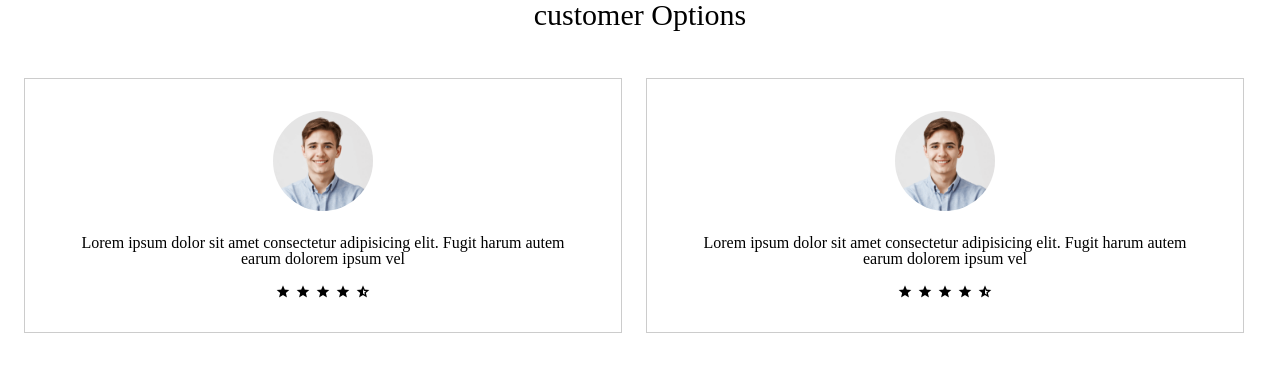
Repository: dinhhaidh/slider-3
Page: index.html
These files come from the project's save history. The page is drawn as it stood at one moment and after the next save; the edit follows.
The browser window is 1280 px wide. The pictures show the whole page.

Above is the page before, as saved 2024-03-22 20:49:35.

### index.html
<!DOCTYPE html>
<html lang="en">
<head>
    <meta charset="UTF-8">
    <meta name="viewport" content="width=device-width, initial-scale=1.0">
    <title>Document</title>
    <link rel="stylesheet" href="https://cdnjs.cloudflare.com/ajax/libs/remixicon/4.2.0/remixicon.min.css">

    <link rel="stylesheet" href="./css/swiper-bundle.min.css">

    <link rel="stylesheet" href="./css/style.css">

</head>
<body>
    <div class="customer">
        <h3 class="customer__title">customer Options</h3>
        <div class="customer__container container">
            <div class="customer__swiper swiper">
                <div class="swiper-wrapper">
                    <article class="customer__article swiper-slide">
                        <img src="./img1.png" alt="image" class="customer__img">

                        <p>
                            Lorem ipsum dolor sit amet consectetur adipisicing elit. Fugit harum autem earum dolorem ipsum vel
                        </p>

                        <div class="customer__star">
                            <i class="ri-star-s-fill"></i>
                            <i class="ri-star-s-fill"></i>
                            <i class="ri-star-s-fill"></i>
                            <i class="ri-star-s-fill"></i>
                            <i class="ri-star-half-s-line"></i>
                        </div>
                    </article>
                    <article class="customer__article swiper-slide">
                        <img src="./img1.png" alt="image" class="customer__img">

                        <p>
                            Lorem ipsum dolor sit amet consectetur adipisicing elit. Fugit harum autem earum dolorem ipsum vel
                        </p>

                        <div class="customer__star">
                            <i class="ri-star-s-fill"></i>
                            <i class="ri-star-s-fill"></i>
                            <i class="ri-star-s-fill"></i>
                            <i class="ri-star-s-fill"></i>
                            <i class="ri-star-half-s-line"></i>
                        </div>
                    </article>
                    <article class="customer__article swiper-slide">
                        <img src="./img1.png" alt="image" class="customer__img">

                        <p>
                            Lorem ipsum dolor sit amet consectetur adipisicing elit. Fugit harum autem earum dolorem ipsum vel
                        </p>

                        <div class="customer__star">
                            <i class="ri-star-s-fill"></i>
                            <i class="ri-star-s-fill"></i>
                            <i class="ri-star-s-fill"></i>
                            <i class="ri-star-s-fill"></i>
                            <i class="ri-star-half-s-line"></i>
                        </div>
                    </article>
                </div>
            </div>
        </div>
    </div>


    <script src="./js/swiper-bundle.min.js"></script>
    <script src="./js/app.js"></script>
</body>
</html>

### css/style.css
*,
*:before,
*:after {
  box-sizing: border-box;
}
* {
  margin: 0;
  padding: 0;
  font: inherit;
}
img,
picture,
svg,
video {
  display: block;
  max-width: 100%;
}
input,
select,
textarea {
  background-color: transparent;
  outline: none;
}
button {
  cursor: pointer;
  background-color: transparent;
  outline: none;
  border: 0;
}
body {
  min-height: 100vh;
  font-weight: 400;
  font-size: 16px;
  line-height: 1;
}


.container{
    max-width: 1220px;
    Margin-inline: 1.5rem;
}


.customer__title{
    text-align: center;
    margin-bottom: 3rem;
    font-size: 30px;
}

.customer__article{
    display:flex;
    align-items: center;
    justify-content: center;
    flex-direction: column;
    padding: 2rem 3rem 2rem;
    background-color: #fff;
    border: 1px solid #ccc;
}
.customer__img{
    width: 100px;
    border-radius: 50%;
    margin: 0 auto 1.5rem;
}
.customer__article p {
    margin-bottom: 1rem;
    text-align: center;
}
.customer__star{

}
.ri-star-s-fill{

}
.ri-star-half-s-line{

}

### js/app.js
let swiperCustomer = new Swiper('.customer__swiper', {
    loop: true,
    grabCursor: true,
    slidesPerView: 2,
    spaceBetween: 24,

    breakpoints:{
        440:{
            slidesPerView: 'auto'
        },

        768:{
            slidesPerView: '2'
        },



    }
});

// ===============  SWIPER MOVIE ================//

Loaded but not shown: css/swiper-bundle.min.css (library); js/swiper-bundle.min.js (library)

After the next save:
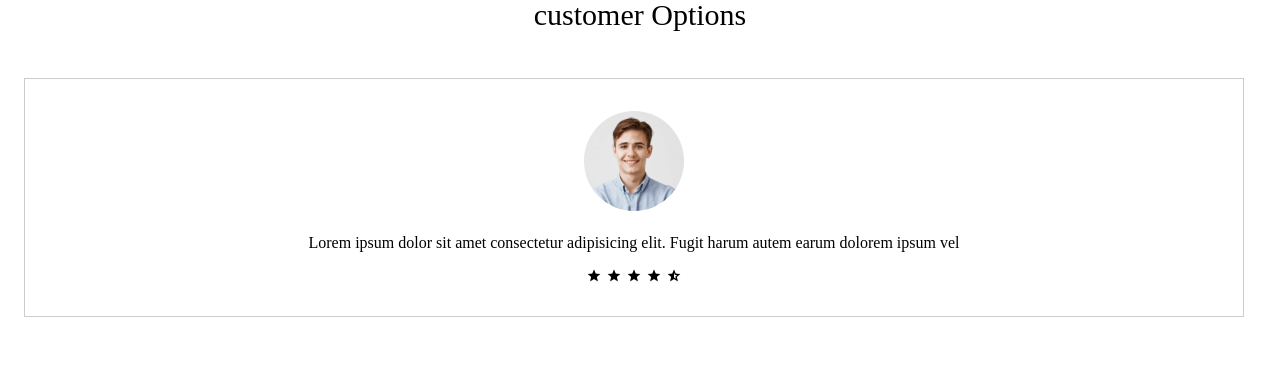
Saved 8 s later.
--- a/js/app.js
+++ b/js/app.js
@@ -8,13 +8,6 @@
         440:{
             slidesPerView: 'auto'
         },
-
-        768:{
-            slidesPerView: '2'
-        },
-
-
-
     }
 });
 

After the save that followed:
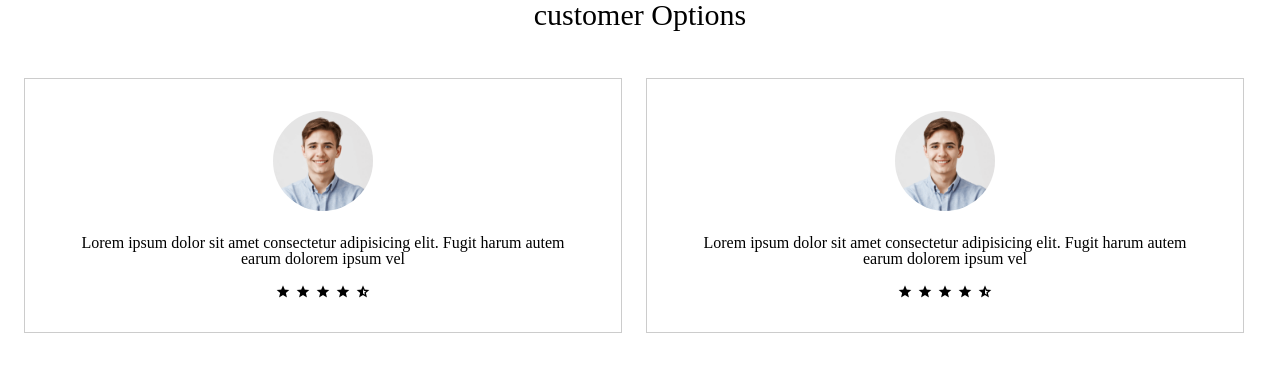
Saved 12 s later.
--- a/js/app.js
+++ b/js/app.js
@@ -8,6 +8,13 @@
         440:{
             slidesPerView: 'auto'
         },
+
+        768:{
+            slidesPerView: '2'
+        },
+
+
+
     }
 });
 
